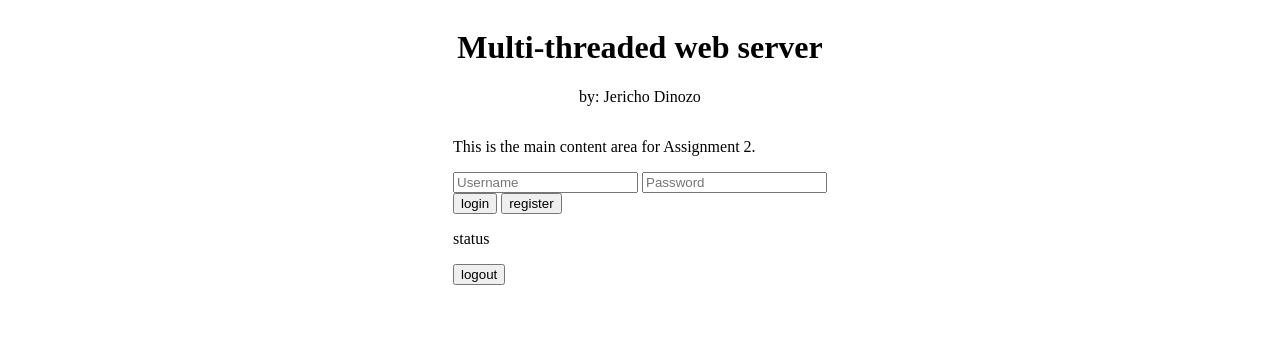
Repository: jerichodinozo/Multi-Threaded-Web-Server-Chat-Room
Page: static/index.html
These files come from the project's save history. The page is drawn as it stood at one moment and after a run of saves; the edit follows.
The browser window is 1280 px wide. The pictures show the whole page.
The page's requests for data from a server got no answer.

Above is the page before, as saved 2025-11-10 11:07:46.

### static/index.html
<!DOCTYPE html>
<html lang="en">
<head>
    <meta charset="UTF-8">
    <meta name="viewport" content="width=device-width, initial-scale=1.0">
    <title>COMP 3010 Assignment 2</title>
    <link rel="stylesheet" href="/static/styles.css">
</head>
<body style="display: flex;
            flex-direction: column;
            align-items: center;">
    <header style="text-align: center;">
        <h1>Multi-threaded web server</h1>
        <p>by: Jericho Dinozo</p>
    </header>
    <main>
        <p>This is the main content area for Assignment 2.</p>
        <div id="credentials-input">
            <input type="text" id="username" name="username" placeholder="Username">
            <input type="text" id="password" name="password" placeholder="Password">
        </div>
        <div id="credentials-buttons">
            <button type="button" id="login-button">login</button>
            <button type="button" id="register-button">register</button>
        </div>
        <div id="message-section">
            <div id="messages" style="max-width: 600px;
                                        max-height: 700px;
                                        overflow-x:auto;
                                        overflow-y:scroll;">

            </div>
            <button type="button" id="message-button">message</button>
            <input type="text" id="msg-field" placeholder="Type message here...">
        </div>
        </div>
        <p id="status">status</p>
        <button type="button" id="logout-button">logout</button>
    </main>
</body>
<script src="script.js"></script>
</html>

### static/styles.css
body {
    display: flex;
    flex-direction: column;
    align-items: center;
}

header {
    text-align: center;
}

#messages {
    max-width: 600px;
    overflow-x:auto;
    overflow-y:scroll;
}

### static/script.js
//script.js

const login_button = document.getElementById('login-button');
const register_button = document.getElementById("register-button")
const status_text = document.getElementById("status");
const logout_button = document.getElementById("logout-button")
const message_field = document.getElementById("msg-field")
const message_button = document.getElementById('message-button');

const message_section = document.getElementById("message-section");
message_section.style.display = "none";

function showMessages() {
    document.getElementById("username").style.display = "none";
    document.getElementById("password").style.display = "none";
    document.getElementById("message-section").style.display = "block";
    login_button.style.display = "none";
    register_button.style.display = "none";
}

function showLogin() {
    document.getElementById("username").style.display = "block";
    document.getElementById("password").style.display = "block";
    login_button.style.display = "block";
    register_button.style.display = "block";
    document.getElementById("message-section").style.display = "none";
}

//Login and Register Logic ----------------------------

//login button listener
login_button.addEventListener('click', function() {
    const username = document.getElementById("username").value
    const password = document.getElementById("password").value
    body = {
        username: username,
        password: password

    };
    response = send_response("POST", "/api/login", {username, password})
    status_text.textContent = response.responseText;
    if(response.status == 200) {
        showMessages();
    }

});

//register button listener
register_button.addEventListener('click', function() {
    const username = document.getElementById("username").value
    const password = document.getElementById("password").value
    body = {
        username: username,
        password: password

    };
    response = send_response("CREATE", "/api/login", {username, password})
    status_text.textContent = response.responseText;
})

//----------------------------------

logout_button.addEventListener('click', function() {
    const xhr = new XMLHttpRequest();
    xhr.open("DELETE", "/api/login", true);
    xhr.withCredentials = true;
    xhr.onload = function() {
        status_text.textContent = xhr.responseText;
        if (xhr.status === 200) {
            // Optionally reset the UI
            document.getElementById("username").value = "";
            document.getElementById("password").value = "";
            showLogin();
        }
    };
    xhr.send();
});

window.addEventListener("load", function () {
    const xhr = new XMLHttpRequest();
    xhr.open("GET", "/api/session", true);
    xhr.withCredentials = true;  // important so cookies are sent
    xhr.onload = function() {
        if (xhr.status === 200) {
            status_text.textContent = xhr.responseText;
        } else {
            status_text.textContent = "Please log in.";
        }
    };
    xhr.send();
});

//message logic
message_button.addEventListener("click", function() {
    const msg_text = message_field.value;
    if (!msg_text) return;
    const xhr = new XMLHttpRequest();
    xhr.open("POST", "/api/messages", true)
    xhr.withCredentials = true;
    xhr.setRequestHeader("Content-Type", "application/json")
    xhr.onload = function() {
        if(xhr.status === 200) {
            message_field.value = "";

        } else {
            alert("Must be logged in")
        }
    };
    xhr.send(JSON.stringify({message: msg_text}))
});

//get messages
function getMessages() {
    const xhr = new XMLHttpRequest();
    xhr.open("GET", "/api/messages", true);
    xhr.withCredentials = true;
    xhr.onload = function() {
        if(xhr.status === 200) {
            const data = JSON.parse(xhr.responseText)
            displayMessages(data)
        }
    }
    xhr.send();
}

setInterval(getMessages, 3000);

//display messages
function displayMessages(messages) {
    const msg_div = document.getElementById("messages")
    msg_div.innerHTML = "";
    for(let i = 0; i < messages.length; i++) {
        const msg = messages[i]
        const div = document.createElement("div");
        div.textContent = `${msg.author}: ${msg.message}`;
        msg_div.appendChild(div)
    }
}

/*
    Function: send_response()
    params: method, path, body

    description:
        This function sends a response using XHR to the server.
        This function has parameters:
            method - method of the request
            path - path of the request
            body - body of the request
        All of these parameters are used to form an HTTP response to the server.
*/
function send_response(method, path, body) {
    const xmlhttp = new XMLHttpRequest();
    xmlhttp.open(method, path, false)
    xmlhttp.withCredentials = true;
    xmlhttp.setRequestHeader('Content-Type', 'application/json');
    xmlhttp.send(JSON.stringify(body))
    //return xmlhttp.responseText;
    return xmlhttp;
}

After the next 2 saves:
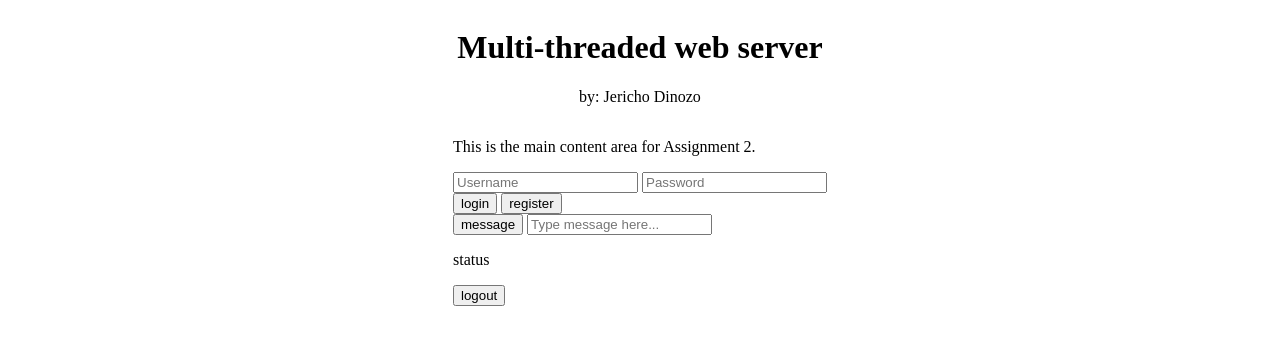
Console error: SyntaxError: Unexpected token 'function'
The 2 saves are shown as one change because they came seconds apart.
The last was saved 13 s later.
--- a/static/script.js
+++ b/static/script.js
@@ -9,6 +9,8 @@
 
 const message_section = document.getElementById("message-section");
 message_section.style.display = "none";
+
+const
 
 function showMessages() {
     document.getElementById("username").style.display = "none";

After the 3 saves that followed:
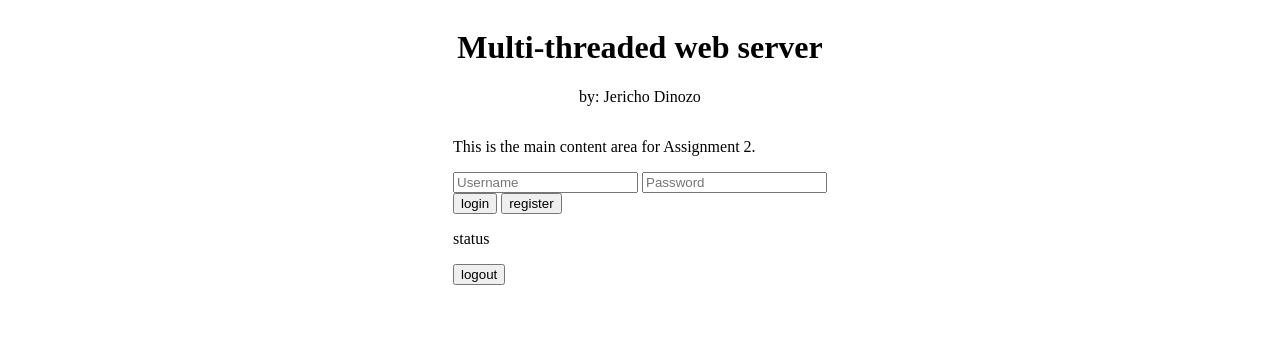
The error is gone.
The 3 saves are shown as one change because 1 left the picture as it was and some came seconds apart.
The last was saved 14 s later.
--- a/static/script.js
+++ b/static/script.js
@@ -10,7 +10,7 @@
 const message_section = document.getElementById("message-section");
 message_section.style.display = "none";
 
-const
+const credentials_inputs = document.getElementById
 
 function showMessages() {
     document.getElementById("username").style.display = "none";
